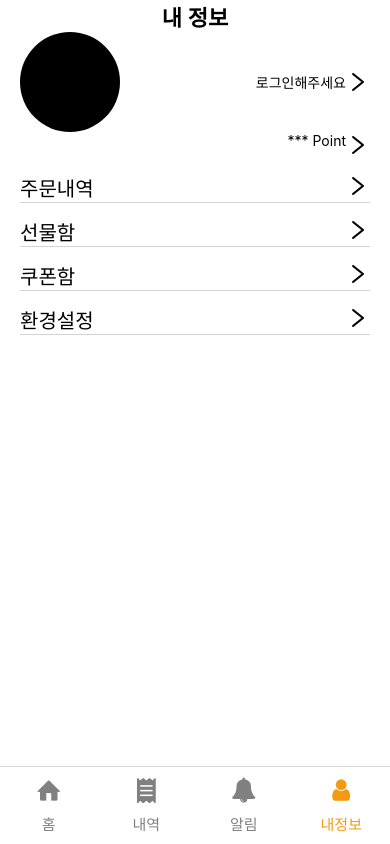
Repository: Unique0902/GachiDutch
Screen: /User
These files come from the project's save history. The screen is drawn as it stood at one moment and after the next save; the edit follows.
The app was drawn by React Native's web renderer in a window 390 px wide. The project was rebuilt for these pictures with package versions that can differ from the ones it lists, and the page was loaded fresh each time. Some packages were replaced by stand-ins written for this rebuild. Also part of the build but not shown: sources/components/lowBar/lowBar.jsx, sources/components/taxi/taxi.jsx, sources/components/alarm/alert.js, sources/components/alarm/alarm.jsx, sources/components/dutch_history/dutch_history.jsx, sources/components/dutchpay_historys/dutchpay_historys.jsx, sources/components/delivery_historys/delivery_historys.jsx, sources/components/taxi_historys/taxi_historys.jsx and 3 more.

Above is the screen before, as saved 2022-11-11 16:33:58.

### App.js
import React from 'react';
import { StyleSheet, Text, View, Image } from 'react-native';
import Home from './sources/components/home/home';
import { NavigationContainer } from '@react-navigation/native';
import { createNativeStackNavigator } from '@react-navigation/native-stack';
import Taxi from './sources/components/taxi/taxi';
import Main from './sources/routes/main/main';
import Login from './sources/routes/login/login';
import HttpClient from './sources/network/http.js';
import ReceiptService from './sources/services/receipt.js';
import Ready from './sources/components/ready/ready';

const Stack = createNativeStackNavigator();
const baseURL = 'https://dutch-server.herokuapp.com';
const httpClient = new HttpClient(baseURL);
const receiptService = new ReceiptService(baseURL);

export default function App() {
  return (
    <>
      <NavigationContainer>
        <Stack.Navigator screenOptions={{ headerShown: false }}>
          <Stack.Screen
            name='Main'
            children={({ navigation, route }) => (
              <Main
                receiptService={receiptService}
                navigation={navigation}
                route={route}
              />
            )}
          />
          <Stack.Screen name='Taxi' component={Taxi} />
          <Stack.Screen name='Login' component={Login} />
          <Stack.Screen name='Ready' component={Ready} />
        </Stack.Navigator>
      </NavigationContainer>
    </>
  );
}

const styles = StyleSheet.create({
  header: {
    flexDirection: 'row',
    alignItems: 'center',
    justifyContent: 'space-between',
    margin: 25,
  },
  main: {},
  container: {
    flex: 1,
    backgroundColor: '#fff',
    alignItems: 'center',
    justifyContent: 'center',
  },
  logo: {
    width: 150,
    height: 30,
  },
});

### sources/components/home/home.jsx
import React, { useRef, useState, useEffect } from 'react';
import {
  StyleSheet,
  Text,
  View,
  Image,
  Button,
  Pressable,
  ScrollView,
  Dimensions,
} from 'react-native';
import { Entypo } from '@expo/vector-icons';
import { FontAwesome } from '@expo/vector-icons';
import { FontAwesome5 } from '@expo/vector-icons';
import LowBar from '../lowBar/lowBar';
import { isLogin, getUid } from '../../services/asyncstorage';
import { StatusBar } from 'react-native';

const Home = ({ login, setLogin, navigation, setUserData, userData }) => {
  const [scrollNum, setScrollNum] = useState(1);
  const windowWidth = Dimensions.get('window').width;
  const statusBarHeight = StatusBar.currentHeight;
  const headerStyle = {
    marginTop: statusBarHeight,
  };
  let advertisementWidth = windowWidth - 40;
  const scrollWidth = parseInt(advertisementWidth);
  let scrollLeft = 0;

  const advertisementStyle = () => {
    return {
      width: advertisementWidth,
    };
  };
  const pageCircleStyle = (num) => {
    if (scrollNum === num) {
      return {
        color: '#FB9700',
      };
    } else {
      return {
        color: '#FFFDD1',
      };
    }
  };
  const scrollRef = useRef();
  return (
    <View style={[styles.home, headerStyle]}>
      <View style={styles.top}>
        <View style={styles.header}>
          <Image
            source={require('../../images/dutch_logo.png')}
            style={styles.logo}
          />
          <Pressable
            onPress={() => {
              navigation.navigate('Ready');
            }}
          >
            <Entypo name='menu' size={35} color='black' />
          </Pressable>
        </View>
        <View style={styles.mainTop}>
          {login ? (
            <View style={styles.onLogin}>
              <Text style={styles.onLoginText}>
                {userData && userData.name}님 반가워요!
              </Text>
            </View>
          ) : (
            <View style={styles.login}>
              <View style={styles.loginTop}>
                <Pressable
                  style={styles.loginBtn}
                  onPress={() =>
                    navigation.navigate('Login', { setLogin, setUserData })
                  }
                >
                  <Text style={[styles.loginText, styles.loginBtnText]}>
                    로그인
                  </Text>
                </Pressable>
                <Text style={styles.loginText}>하시고</Text>
              </View>
              <Text style={styles.loginText}>다양한 혜택을 만나 보세요!</Text>
            </View>
          )}
          <View style={styles.advertisementBox}>
            <ScrollView
              horizontal
              pagingEnabled
              contentContainerStyle={styles.advertisementScroll}
              ref={scrollRef}
              onScroll={(e) => {
                scrollLeft = parseInt(e.nativeEvent.contentOffset.x);
                if (scrollLeft % scrollWidth < 10) {
                  setScrollNum(parseInt(scrollLeft / scrollWidth + 1));
                }
              }}
              scrollEventThrottle={100}
              showsHorizontalScrollIndicator={false}
            >
              <Pressable
                style={[styles.advertisement, advertisementStyle()]}
                onPress={() => {
                  navigation.navigate('Ready');
                }}
              >
                <Image
                  source={require('../../images/advertisement_img.png')}
                  style={styles.advertisementImg}
                />
                <Text style={styles.advertisementText}>
                  같이 더치로{'\n'}편리하게 이용하세요
                </Text>
              </Pressable>
              <Pressable
                style={[styles.advertisement, advertisementStyle()]}
                onPress={() => {
                  navigation.navigate('Ready');
                }}
              >
                <Image
                  source={require('../../images/advertisement_img.png')}
                  style={styles.advertisementImg}
                />
                <Text style={styles.advertisementText}>
                  같이 더치로{'\n'}편리하게 이용하세요
                </Text>
              </Pressable>
              <Pressable
                style={[styles.advertisement, advertisementStyle()]}
                onPress={() => {
                  navigation.navigate('Ready');
                }}
              >
                <Image
                  source={require('../../images/advertisement_img.png')}
                  style={styles.advertisementImg}
                />
                <Text style={styles.advertisementText}>
                  같이 더치로{'\n'}편리하게 이용하세요
                </Text>
              </Pressable>
              <Pressable
                style={[styles.advertisement, advertisementStyle()]}
                onPress={() => {
                  navigation.navigate('Ready');
                }}
              >
                <Image
                  source={require('../../images/advertisement_img.png')}
                  style={styles.advertisementImg}
                />
                <Text style={styles.advertisementText}>
                  같이 더치로{'\n'}편리하게 이용하세요
                </Text>
              </Pressable>
            </ScrollView>
            <View style={styles.pageCircles}>
              <FontAwesome
                style={[styles.pageCircle, pageCircleStyle(1)]}
                name='circle'
                size={10}
                color='white'
              />
              <FontAwesome
                style={[styles.pageCircle, pageCircleStyle(2)]}
                name='circle'
                size={10}
                color='white'
              />
              <FontAwesome
                style={[styles.pageCircle, pageCircleStyle(3)]}
                name='circle'
                size={10}
                color='white'
              />
              <FontAwesome
                style={[styles.pageCircle, pageCircleStyle(4)]}
                name='circle'
                size={10}
                color='white'
              />
            </View>
          </View>
        </View>
      </View>
      <Pressable
        style={styles.event}
        onPress={() => {
          navigation.navigate('Ready');
        }}
      >
        <View>
          <Text style={[styles.eventText, { fontSize: 20 }]}>
            이벤트 {'   '}|
          </Text>
        </View>
        <Text style={[styles.eventText, { fontSize: 15, marginLeft: 20 }]}>
          같이더치 월 결제로 10% 할인받자!
        </Text>
        <Text style={[styles.eventText, { fontSize: 20, marginLeft: 20 }]}>
          {'>'}
        </Text>
      </Pressable>

      <View style={styles.mainBottom}>
        <View style={styles.categories}>
          <View style={styles.topBtns}>
            <View style={styles.btnShadow}>
              <Pressable
                style={styles.goodsBtn}
                onPress={() => {
                  if (login) {
                    navigation.navigate('Taxi', { userData });
                  } else {
                    navigation.navigate('Login', { setLogin, setUserData });
                  }
                }}
              >
                <Image
                  source={require('../../images/taxi_img.png')}
                  style={styles.taxiImg}
                />
                <Text style={[styles.goodText, { marginTop: 20 }]}>택시</Text>
              </Pressable>
            </View>
            <View style={styles.btnShadow}>
              <Pressable
                style={styles.goodsBtn}
                onPress={() => {
                  navigation.navigate('Ready');
                }}
              >
                <Image
                  source={require('../../images/delivery_img.png')}
                  style={styles.taxiImg}
                />
                <Text style={[styles.goodText, { marginTop: 20 }]}>배달</Text>
              </Pressable>
            </View>
          </View>
          <View style={styles.downBtns}>
            <View style={styles.btnShadow}>
              <Pressable
                style={styles.downGoodsBtn}
                onPress={() => {
                  navigation.navigate('Ready');
                }}
              >
                <Image
                  source={require('../../images/taxi_human_img.png')}
                  style={styles.peopleImg}
                />
                <Text
                  style={[styles.goodText, { marginRight: 20, marginLeft: 20 }]}
                >
                  지인끼리
                </Text>
                <Image
                  source={require('../../images/location_img.png')}
                  style={styles.peopleImg}
                />
              </Pressable>
            </View>
          </View>
        </View>
      </View>
    </View>
  );
};

export default Home;

const styles = StyleSheet.create({
  home: {
    flex: 1,
    flexDirection: 'column',
  },
  loginText: {
    paddingVertical: 5,
  },
  header: {
    flexDirection: 'row',
    alignItems: 'center',
    justifyContent: 'space-between',
    margin: 0,
    flex: 1,
  },
  mainTop: {
    flex: 6,
  },
  top: {
    flex: 6,
    padding: 20,
  },
  loginBtn: {},
  login: {
    flex: 2,
    marginTop: 15,
  },
  onLogin: {
    flex: 2,
    marginTop: 15,
  },
  onLoginText: {
    marginTop: 10,
    fontSize: 25,
    fontWeight: '600',
    color: '#444444',
  },
  loginTop: {
    flexDirection: 'row',
    alignItems: 'center',
  },
  loginText: {
    fontSize: 18,
    color: '#444444',
  },
  loginBtnText: {
    color: '#F39910',
    textDecorationLine: 'underline',
    textDecorationStyle: 'solid',
    textDecorationColor: '#000',
  },
  mainBottom: {
    flex: 6,
    padding: 15,
  },
  advertisementScroll: {
    borderRadius: 15,
    position: 'relative',
  },
  advertisementBox: {
    flex: 4,
  },
  advertisement: {
    backgroundColor: '#FBBA00',
    borderRadius: 15,
    position: 'relative',
  },
  advertisementText: {
    color: 'white',
    fontSize: 20,
    fontWeight: '800',
    marginLeft: 30,
    marginTop: 25,
  },
  advertisementImg: {
    width: '100%',
    height: '87%',
    position: 'absolute',
    borderRadius: 20,
    bottom: 0,
  },
  pageCircles: {
    flexDirection: 'row',
    position: 'absolute',
    alignItems: 'center',
    bottom: 4,
    left: 140,
  },
  pageCircle: {
    marginLeft: 3,
    marginRight: 3,
  },
  event: {
    flex: 1,
    backgroundColor: '#3C4451',
    flexDirection: 'row',
    justifyContent: 'center',
    alignItems: 'center',
  },
  categories: {
    flex: 1,
  },
  topBtns: {
    flexDirection: 'row',
    flex: 3,
  },
  downBtns: {
    flex: 2,
  },
  goodsBtn: {
    borderRadius: 20,
    backgroundColor: 'white',
    width: '100%',
    height: '100%',
    alignItems: 'center',
    justifyContent: 'center',
  },
  downGoodsBtn: {
    borderRadius: 20,
    backgroundColor: 'white',
    width: '100%',
    height: '100%',
    flexDirection: 'row',
    justifyContent: 'center',
    alignItems: 'center',
  },
  goodText: {
    fontSize: 20,
    fontWeight: '600',
  },
  btnShadow: {
    flex: 1,
    shadowOffset: {
      width: 0,
      height: 1,
    },
    shadowOpacity: 0.18,
    borderRadius: 20,
    shadowRadius: 1.0,
    elevation: 1,
    margin: 5,
  },
  eventText: {
    color: 'white',
  },
  taxiImg: {
    width: 90,
    height: 90,
  },
  peopleImg: {
    width: 60,
    height: 67,
  },
  logo: {
    width: 150,
    height: 30,
  },
});

### sources/routes/main/main.jsx
import React, { useEffect, useRef, useState } from 'react';
import { View, Button, Text } from 'react-native';
import Home from '../../components/home/home';
import LowBar from '../../components/lowBar/lowBar';
import User from '../../components/user/user';
import Alarm from '../../components/alarm/alarm';
import Receipt from '../../components/receipt/receipt';
import { createBottomTabNavigator } from '@react-navigation/bottom-tabs';
import { Entypo } from '@expo/vector-icons';
import { FontAwesome } from '@expo/vector-icons';
import { FontAwesome5 } from '@expo/vector-icons';
import { isLogin, matchUserData } from '../../services/asyncstorage';

const Tab = createBottomTabNavigator();

const Main = ({ receiptService, navigation, route }) => {
  const [login, setLogin] = useState(false);
  const [userData, setUserData] = useState(null);
  useEffect(() => {
    isLogin().then((result) => {
      if (result) {
        setLogin(true);
        console.log('로그인 되어있음!');
        matchUserData(setUserData);
      } else {
        setLogin(false);
        console.log('로그인 안되어있음!');
      }
    });
  }, [login]);
  return (
    <>
      <View style={{ flex: 14 }}>
        <Tab.Navigator
          screenOptions={({ route }) => ({
            tabBarIcon: ({ color, size }) => {
              if (route.name === 'Home') {
                return <Entypo name='home' size={size} color={color} />;
              } else if (route.name === 'Receipt') {
                return (
                  <FontAwesome5 name='receipt' size={size} color={color} />
                );
              } else if (route.name === 'Alarm') {
                return <FontAwesome name='bell' size={size} color={color} />;
              } else if (route.name === 'User') {
                return <FontAwesome name='user' size={size} color={color} />;
              }
            },
            tabBarStyle: { flex: 0.1 },
            tabBarLabelStyle: {
              fontSize: 15,
              marginBottom: 10,
              fontWeight: '500',
            },
            tabBarActiveTintColor: '#F49A11',
            tabBarInactiveTintColor: 'gray',
            headerShown: false,
          })}
        >
          <Tab.Screen
            name='Home'
            options={({ route, navigation }) => {
              return { tabBarLabel: '홈' };
            }}
            children={({ navigation }) => (
              <Home
                login={login}
                setLogin={setLogin}
                navigation={navigation}
                setUserData={setUserData}
                userData={userData}
              />
            )}
          />
          <Tab.Screen
            name='Receipt'
            options={({ route, navigation }) => {
              return { tabBarLabel: '내역' };
            }}
            children={({ navigation, route }) => (
              <Receipt
                login={login}
                navigation={navigation}
                receiptService={receiptService}
                userData={userData}
                route={route}
              />
            )}
          />
          <Tab.Screen
            options={({ route, navigation }) => {
              return { tabBarLabel: '알림' };
            }}
            name='Alarm'
            children={({ navigation }) => (
              <Alarm login={login} navigation={navigation} />
            )}
          />
          <Tab.Screen
            options={({ route, navigation }) => {
              return { tabBarLabel: '내정보' };
            }}
            name='User'
            children={({ navigation }) => (
              <User
                login={login}
                setLogin={setLogin}
                navigation={navigation}
                setUserData={setUserData}
                userData={userData}
              />
            )}
          />
        </Tab.Navigator>
      </View>
    </>
  );
};

export default Main;

### sources/network/http.js
export default class HttpClient {
  constructor(baseURL) {
    this.baseURL = baseURL;
  }

  async fetch(url, options) {
    const res = await fetch(`${this.baseURL}${url}`, {
      ...options,
      headers: {
        'Content-Type': 'application/json',
        ...options.headers,
      },
    });
    let data;
    try {
      data = await res.json();
    } catch (error) {
      console.error(error);
    }

    if (res.status > 299 || res.status < 200) {
      const message =
        data && data.message ? data.message : 'Something went wrong! 🤪';
      const error = new Error(message);
      throw error;
    }
    return data;
  }
}

### sources/services/receipt.js
export default class ReceiptService {
  constructor(http) {
    this.http = http;
  }

  getTexiHistorys = async (userId) => {
    return await fetch(`${this.http}/receipt/all/${userId}`, {
      method: 'GET',
    });
  };
}

### sources/services/asyncstorage.js
import AsyncStorage from '@react-native-async-storage/async-storage';

export const isLogin = async () => {
  try {
    const loginDatas = await AsyncStorage.getItem('loginDatas');
    console.log(loginDatas);
    if (loginDatas) {
      return true;
    } else {
      return false;
    }
  } catch (e) {
    console.error(e);
  }
};

export const logout = async () => {
  try {
    await AsyncStorage.removeItem('loginDatas');
  } catch (error) {
    console.error(error);
  }
};

export const getRefreshToken = async () => {
  try {
    const loginDatas = await AsyncStorage.getItem('loginDatas');
    if (loginDatas) {
      return JSON.parse(loginDatas).refreshToken;
    }
  } catch (e) {
    console.error(e);
  }
};

export const getUid = async () => {
  try {
    const loginDatas = await AsyncStorage.getItem('loginDatas');
    if (loginDatas) {
      return JSON.parse(loginDatas).uid;
    }
  } catch (e) {
    console.error(e);
  }
};

export const matchUserData = async (setUserData) => {
  try {
    const loginDatas = await AsyncStorage.getItem('loginDatas');
    if (loginDatas) {
      return setUserData(JSON.parse(loginDatas));
    }
  } catch (e) {
    console.error(e);
  }
};

### sources/components/user/user.jsx
import React, { useEffect, useRef, useState } from 'react';
import { StatusBar } from 'react-native';
import {
  StyleSheet,
  Text,
  View,
  Pressable,
  ScrollView,
  Image,
} from 'react-native';
import { AntDesign } from '@expo/vector-icons';
import { isLogin, logout } from '../../services/asyncstorage';

export default function User({
  login,
  setLogin,
  navigation,
  setUserData,
  userData,
}) {
  const statusBarHeight = StatusBar.currentHeight;
  const headerStyle = {
    marginTop: statusBarHeight,
  };
  const onProfilePress = () => {
    console.log('profile pressed');
  };
  const onProfileInfoPress = () => {
    if (login) {
    } else {
      navigation.navigate('Login', { setLogin: setLogin });
    }
  };
  useEffect(() => {
    console.log(login);
  }, []);
  return (
    <View style={styles.container}>
      <View>
        <Text style={[styles.header, headerStyle]}>내 정보</Text>
      </View>
      <View>
        <View style={styles.profileArea}>
          <Pressable onPress={onProfilePress}>
            <Image style={styles.profileImage} />
          </Pressable>

          <Pressable
            onPress={() => {
              onProfileInfoPress();
            }}
            style={styles.infoClickArea}
          >
            <View>
              {login ? (
                <>
                  <Text style={styles.pointText}>
                    {userData && userData.name} 님
                  </Text>
                </>
              ) : (
                <>
                  <Text>로그인해주세요</Text>
                </>
              )}
            </View>
            <AntDesign name='right' size={24} color='black' />
          </Pressable>
        </View>

        <Pressable
          style={{
            flexDirection: 'column',
            alignItems: 'flex-end',
            marginBottom: 15,
          }}
        >
          <View style={{ flexDirection: 'row' }}>
            <Text>*** </Text>
            <Text>Point</Text>
            <AntDesign name='right' size={24} color='black' />
          </View>
        </Pressable>
      </View>

      <ScrollView>
        <Pressable style={styles.enterMenu}>
          <Text style={styles.menuText}>주문내역</Text>
          <AntDesign name='right' size={24} color='black' />
        </Pressable>
        <Pressable style={styles.enterMenu}>
          <Text style={styles.menuText}>선물함</Text>
          <AntDesign name='right' size={24} color='black' />
        </Pressable>
        <Pressable style={styles.enterMenu}>
          <Text style={styles.menuText}>쿠폰함</Text>
          <AntDesign name='right' size={24} color='black' />
        </Pressable>
        <Pressable style={styles.enterMenu}>
          <Text style={styles.menuText}>환경설정</Text>
          <AntDesign name='right' size={24} color='black' />
        </Pressable>
        {login && (
          <Pressable style={styles.logoutBtn}>
            <Text
              style={styles.logoutText}
              onPress={() => {
                logout().then(() => {
                  setLogin(false);
                  console.log('로그아웃됨!');
                  setUserData(null);
                  navigation.navigate('Main', { screen: 'Home' });
                });
              }}
            >
              로그아웃
            </Text>
          </Pressable>
        )}
      </ScrollView>
    </View>
    //내정보
  );
}

const styles = StyleSheet.create({
  container: {
    flex: 1,
    backgroundColor: '#fff',
    paddingHorizontal: 20,
  },
  header: {
    fontSize: 22,
    fontWeight: '600',
    alignSelf: 'center',
  },
  enterMenu: {
    justifyContent: 'space-between',
    flexDirection: 'row',
    marginBottom: 14,
    borderBottomColor: 'lightgray',
    borderBottomWidth: 0.5,
    borderStyle: 'solid',
  },
  menuText: {
    fontSize: 20,
    fontWeight: '500',
  },
  pointText: {
    fontSize: 20,
    fontWeight: '500',
  },
  profileImage: {
    width: 100,
    height: 100,
    borderRadius: 100,
    backgroundColor: 'black',
  },
  infoArea: {
    flexDirection: 'column',
  },
  infoClickArea: {
    flexDirection: 'row',
    alignItems: 'center',
    justifyContent: 'space-between',
  },
  infoText: {
    fontSize: 24,
    fontWeight: '500',
  },
  profileArea: {
    flexDirection: 'row',
    justifyContent: 'space-between',
  },
  logoutBtn: {},
  logoutText: {
    fontSize: 20,
    fontWeight: '500',
    color: 'red',
  },
});

Loaded but not shown: index.js (common file)

After the next save:
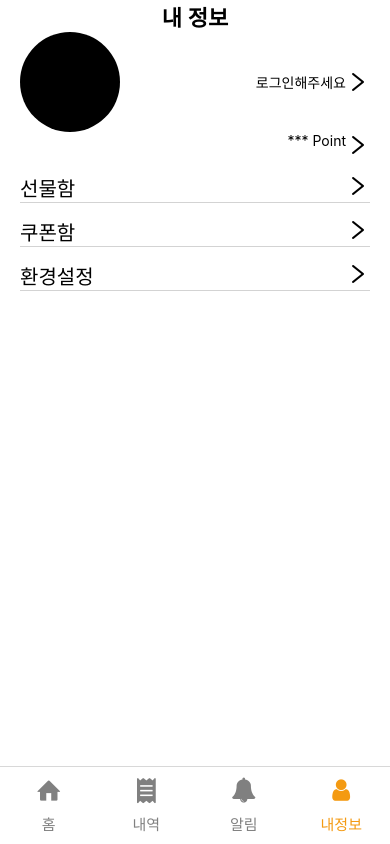
Saved 23 s later.
--- a/sources/components/user/user.jsx
+++ b/sources/components/user/user.jsx
@@ -84,10 +84,10 @@ export default function User({
       </View>
 
       <ScrollView>
-        <Pressable style={styles.enterMenu}>
+        {/* <Pressable style={styles.enterMenu}>
           <Text style={styles.menuText}>주문내역</Text>
           <AntDesign name='right' size={24} color='black' />
-        </Pressable>
+        </Pressable> */}
         <Pressable style={styles.enterMenu}>
           <Text style={styles.menuText}>선물함</Text>
           <AntDesign name='right' size={24} color='black' />
